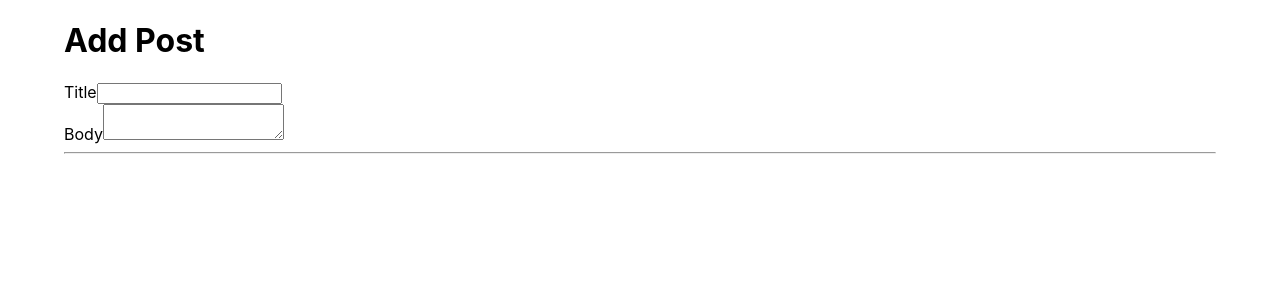
Repository: akinsikuoluwafemi/Red
Page: /
An editor plug-in stored every save of this project. The page is shown before and after a run of saves, followed by the edit.
The browser window is 1280 px wide. The pictures show the whole page.
The page's requests for data from a server got no answer. The project was rebuilt for these pictures with package versions that can differ from the ones it lists, and the page was loaded fresh each time. No one was signed in, and anything a server would have sent is missing.

Above is the page before, as saved 2021-01-18 09:05:07.

After the next 2 saves:
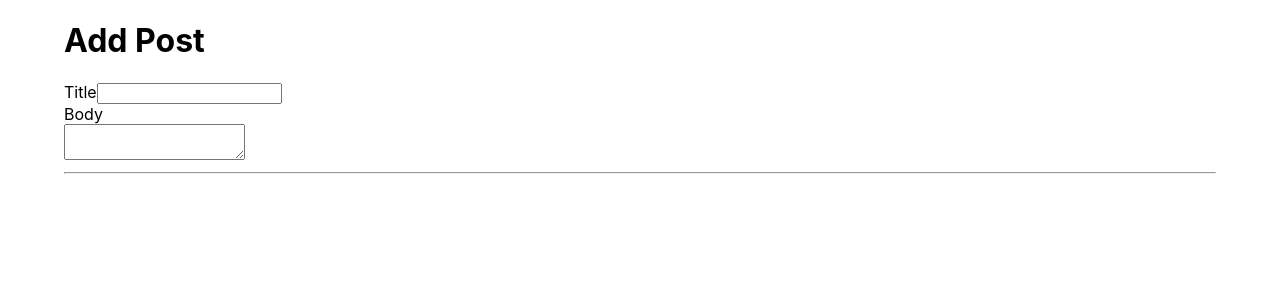
The 2 saves are shown as one change because they came seconds apart.
The last was saved 10 s later.
--- a/src/components/PostForm.js
+++ b/src/components/PostForm.js
@@ -15,7 +15,7 @@ import React, { Component } from 'react'
                 <input type="text" name="title"/>
               </div>
               <div>
-                <label>Body</label>
+                <label>Body</label> <br/>
                 <textarea name="body"/>
               </div>
             </form>
